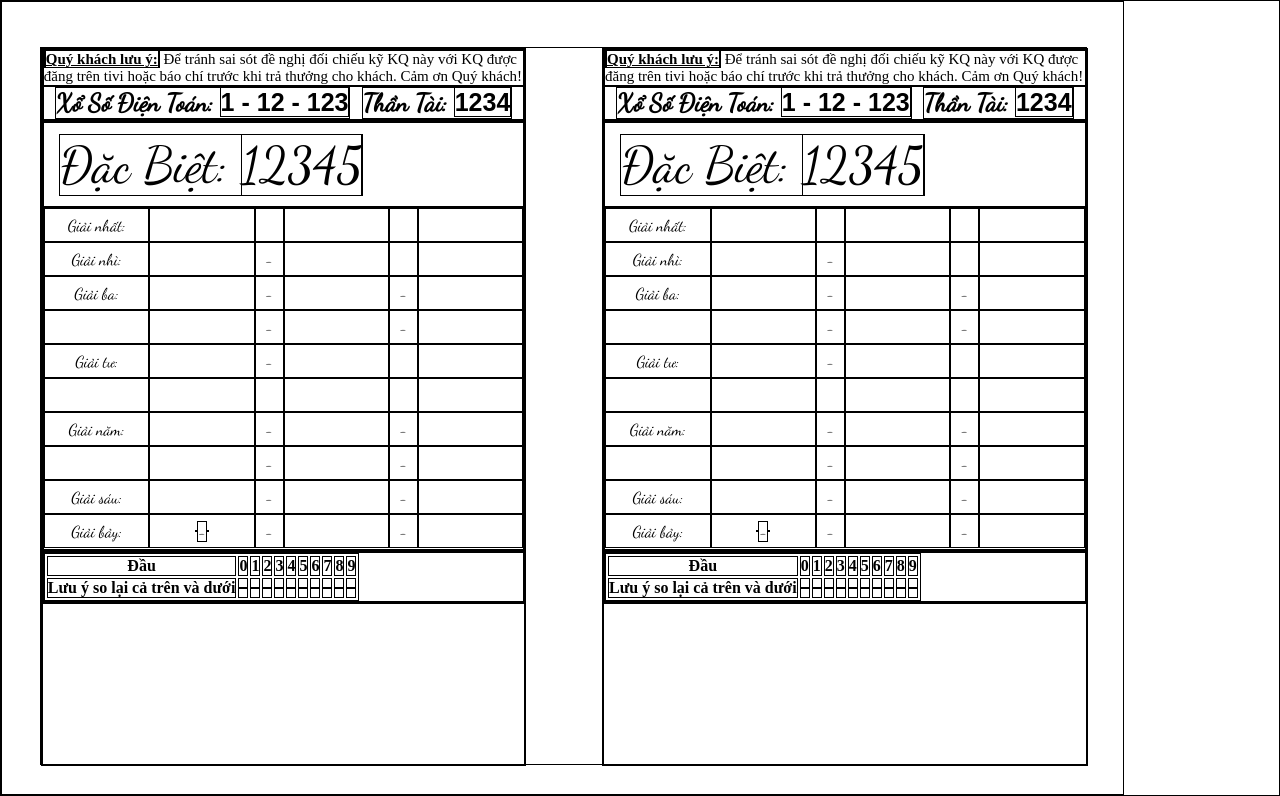
Repository: AnhDuc0125/xskt123
Page: index.html
These files come from the project's save history. The page is drawn as it stood at one moment and after the next save; the edit follows.
The browser window is 1280 px wide. The pictures show the whole page.
Some web fonts or font styles are not loaded; a fallback is used.

Above is the page before, as saved 2022-01-29 16:55:08.

After the next save:
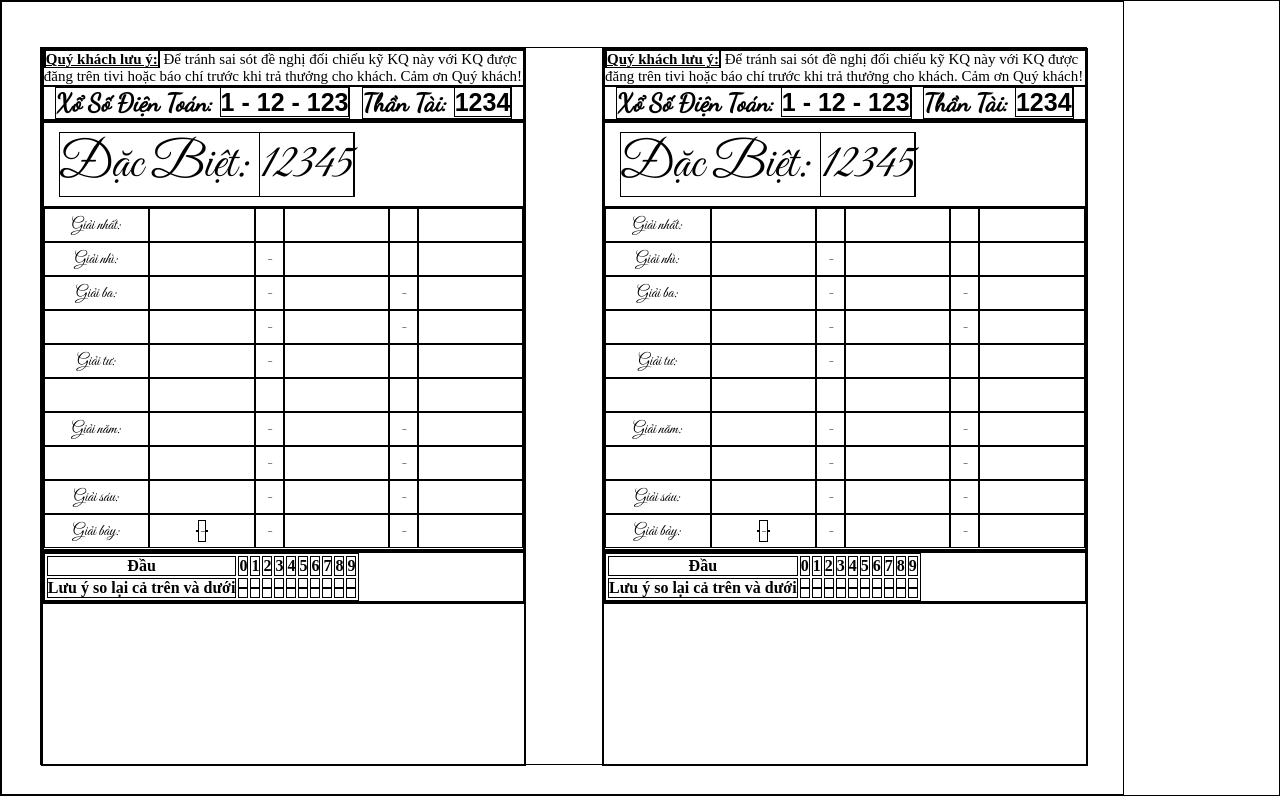
Saved 19 s later.
--- a/style.css
+++ b/style.css
@@ -59,7 +59,7 @@
 .body {
   width: 100%;
   height: 60%;
-  font-family: "Dancing Script", cursive;
+  font-family: "Great Vibes", cursive;
 }
 
 .body--1 {
